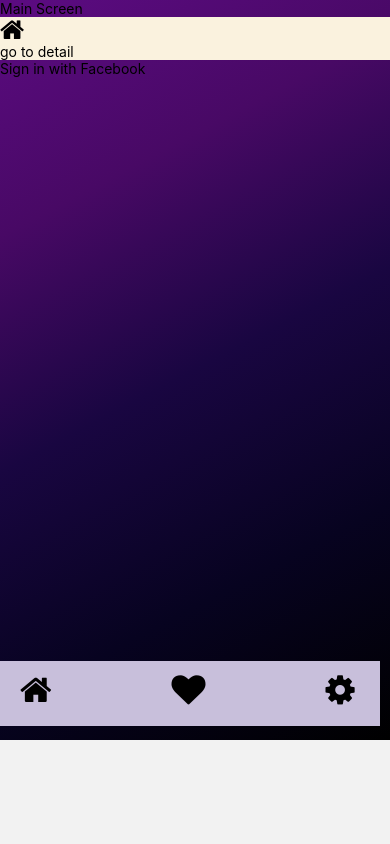
Repository: eyebone/barManager
Screen: /Main
An editor plug-in stored every save of this project. The screen is shown before and after the next save, followed by the edit.
The app was drawn by React Native's web renderer in a window 390 px wide. The project was rebuilt for these pictures with package versions that can differ from the ones it lists, and the page was loaded fresh each time. Some packages were replaced by stand-ins written for this rebuild. Also part of the build but not shown: components/EmojiPicker.js, components/Button.js, components/ImageViewer.js, components/circleButton.js, components/IconButton.js, view/ViewOne.js, view/Sign.js.

Above is the screen before, as saved 2023-06-27 09:08:54.

After the next save:
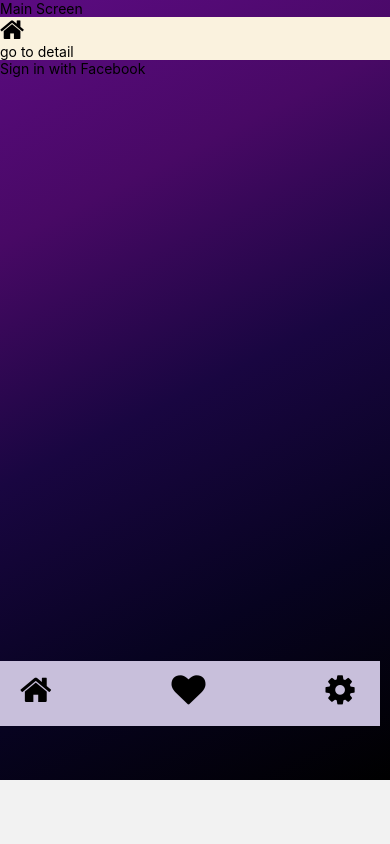
Saved 11 s later.
--- a/view/Main.js
+++ b/view/Main.js
@@ -48,7 +48,7 @@ const styles = StyleSheet.create({
     //    alignItems: 'center',
   },
   linearGradient: {
-    height: 740,
+    height: 780,
   },
   button: {
     borderRadius: 10,
